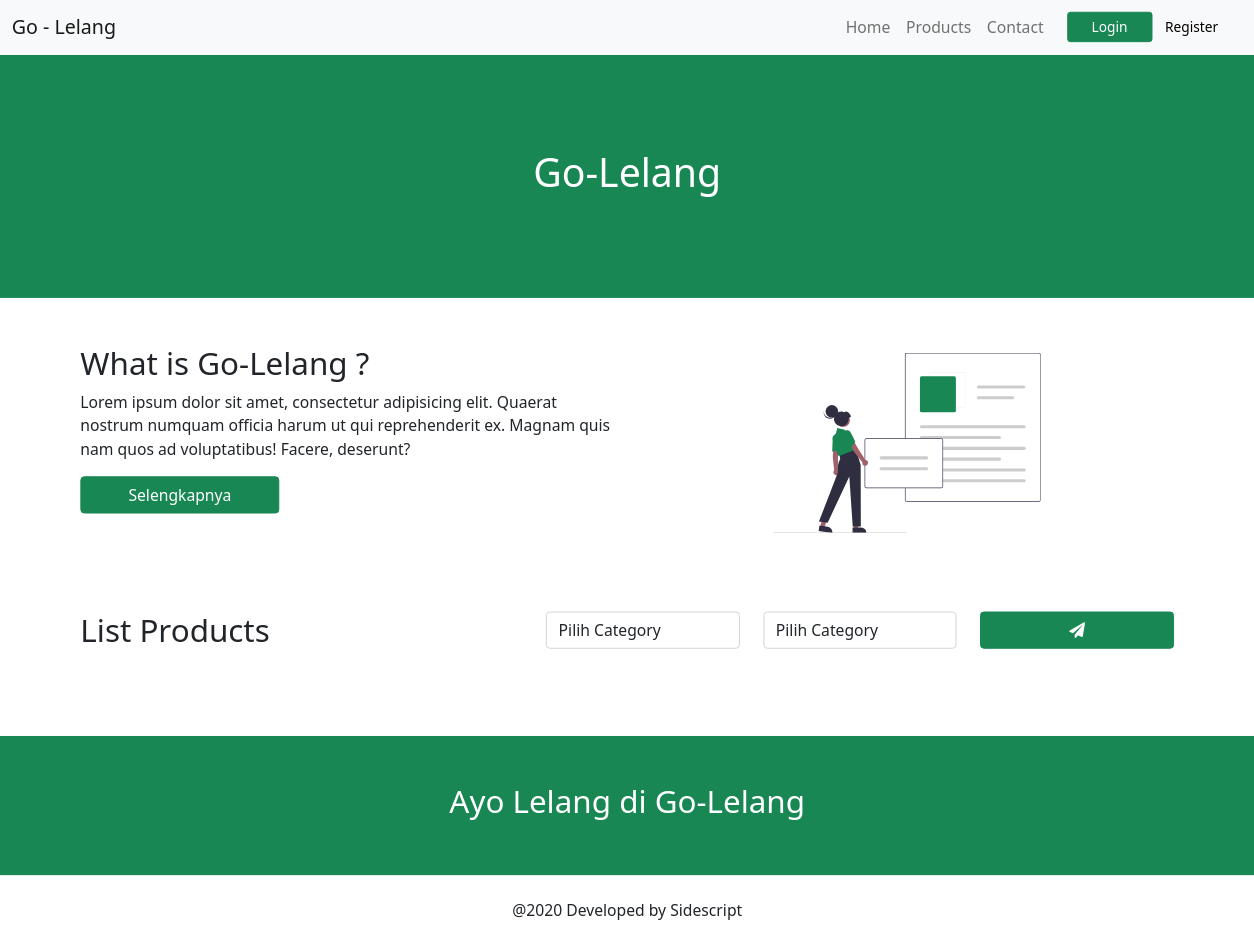
Repository: khulqu15/Go---Lelalng
Page: http://localhost/
The author's editor kept a copy of each file at every save. The page is drawn from the files as they stood at one save, then again after the next save.
The browser window is 1280 px wide. The pictures show the whole page, at 98% of full size.
The page is served by the project's Laravel application, run on PHP 8.4 with Laravel 8. Other server files are loaded and not shown. Queries for data that is not in the repository find no rows.

Above is the page before, as saved 2021-02-22 11:00:57.

### routes/web.php
<?php

use App\Http\Controllers\DashboardController;
use App\Http\Controllers\PageController;
use Illuminate\Support\Facades\Route;

/*
|--------------------------------------------------------------------------
| Web Routes
|--------------------------------------------------------------------------
|
| Here is where you can register web routes for your application. These
| routes are loaded by the RouteServiceProvider within a group which
| contains the "web" middleware group. Now create something great!
|
*/

Route::get('/', [PageController::class, 'home'])->name('home');
Route::get('products', [PageController::class, 'products'])->name('products');
Route::get('product/{id}', [PageController::class, 'product'])->name('product');
Route::get('contact', [PageController::class, 'contact'])->name('contact');
Route::get('login', [PageController::class, 'login'])->name('login');
Route::get('register', [PageController::class, 'register'])->name('register');

Route::group(['middleware' => ['userDashboard']], function() {
    Route::get('dashboard', [DashboardController::class, 'index'])->name('dashboard');
    Route::get('dashboard/product', [DashboardController::class, 'product'])->name('dashboard.product');
    Route::get('dashboard/user', [DashboardController::class, 'user'])->name('dashboard.user');
    Route::get('dashboard/auction', [DashboardController::class, 'auction'])->name('dashboard.auction');
});

### app/Http/Controllers/PageController.php
<?php

namespace App\Http\Controllers;

use App\Models\Category;
use App\Models\Product;
use Illuminate\Http\Request;

class PageController extends Controller
{
    public function home(Request $request)
    {
        $categories = Category::orderBy('id', 'DESC')->paginate(4);
        $query = Product::query();
        if($request->get('name')) {
            $products = $query->where('name', 'LIKE', '%'.$request->get('name').'%');
        }
        if($request->get('category')) {
            $products = $query->where('category_id', $request->get('category'));
        }
        $products = $query->with('Category')->orderBy('id', 'DESC')->paginate(3);
        return view('welcome', compact('products', 'categories'));
    }

    public function products(Request $request)
    {
        $query = Product::query();
        if($request->get('name')) {
            $products = $query->where('name', 'LIKE', '%'.$request->get('name').'%');
        }
        if($request->get('category')) {
            $products = $query->where('category_id', $request->get('category'));
        }
        $products = $query->paginate(3);
        return view('page.products', compact('products'));
    }

    public function product($id)
    {
        $product = Product::find($id);
        return view('page.product', compact('product'));
    }

    public function contact()
    {
        return view('page.contact');
    }

    public function login()
    {
        return view('auth.login');
    }

    public function register()
    {
        return view('auth.register');
    }
}

### app/Models/Category.php
<?php

namespace App\Models;

use Illuminate\Database\Eloquent\Factories\HasFactory;
use Illuminate\Database\Eloquent\Model;

class Category extends Model
{
    use HasFactory;

    protected $table = 'categories';

    protected $fillable = ['name'];

    public function Product()
    {
        return $this->hasMany(Product::class, 'category_id');
    }
}

### app/Models/Product.php
<?php

namespace App\Models;

use Illuminate\Database\Eloquent\Factories\HasFactory;
use Illuminate\Database\Eloquent\Model;

class Product extends Model
{
    use HasFactory;

    protected $table = 'products';

    protected $fillable = ['name', 'category_id', 'price', 'close', 'picture', 'description'];

    public function Category()
    {
        return $this->belongsTo(Category::class, 'category_id');
    }
}

### resources/views/welcome.blade.php
@extends('layout.app')

@section('title', 'Home')

@section('content')
<div class="container-fluid bg-success">
    <div class="row py-5">
        <div class="col-md-12 px-0 py-5 text-center">
            <h1 class="text-white font-weight-bold">Go-Lelang</h1>
        </div>
    </div>
</div>
<div class="container py-5">
    <div class="row">
        <div class="col-md-6">
            <h2 class="font-weight-bold">What is Go-Lelang ?</h2>
            <p>Lorem ipsum dolor sit amet, consectetur adipisicing elit. Quaerat nostrum numquam officia harum ut qui reprehenderit ex. Magnam quis nam quos ad voluptatibus! Facere, deserunt?</p>
            <button class="btn btn-success rounded px-5">Selengkapnya</button>
        </div>
        <div class="col-md-6 text-center py-2">
            <img src="{{ asset('img/illust/what.svg') }}" alt="Introduction" class="w-50">
        </div>
    </div>
</div>
<div class="container">
    <div class="row">
        <div class="col-md-5 py-4">
            <h2 class="font-weight-bold">List Products</h2>
        </div>
        <div class="col-md-7 py-4">
            <div class="row">
                <form action="{{ route('home') }}" method="GET">
                    <div class="row">
                        <div class="col-md-4">
                            <div class="form-group">
                                <input type="text" value="{{ request()->get('name') == null ? 'Pilih Category' : request()->get('name') }}" class="form-control" name="name" placeholder="Cari berdasarkan nama">
                            </div>
                        </div>
                        <div class="col-md-4">
                            <div class="form-group">
                                <select type="text" class="form-control" name="category">
                                    <option value="">{{ request()->get('category') == null ? 'Pilih Category' : request()->get('category') }}</option>
                                    @foreach ($categories as $ctr)
                                        <option value="{{ $ctr->id }}">{{ $ctr->name }}</option>
                                    @endforeach
                                </select>
                            </div>
                        </div>
                        <div class="col-md-4">
                            <button class="btn btn-success w-100"><i class="fas fa-paper-plane"></i></button>
                        </div>
                    </div>
                </form>
            </div>
        </div>
        @foreach ($products as $product)
        <div class="col-lg-4 col-md-6">
            <div class="card w-100 position-relative">
                <div class="badge bg-success mb-2 position-absolute" style="right: 10px; top: 10px">{{ $product->category->name }}</div>
                <div class="image">
                    <img src="{{ asset('img/product/'.$product->picture) }}" class="image-fit-card" alt="{{ $product->name }}">
                </div>
                <div class="card-body">
                    <h5 class="card-title mb-0">{{ $product->name }}</h5>
                    <p class="text-sm textm-gray mb-2">Tutup pada : {{ \Carbon\Carbon::create($product->close)->isoFormat('dddd, D MMM Y') }}</p>
                    <div class="row">
                        <div class="col-md-6">
                            <h5 class="text-success mt-1">Rp. {{ number_format($product->price) }},-</h5>
                        </div>
                        <div class="col-md-6">
                            <div class="text-right">
                                <button href="#" class="btn btn-success d-inline-block px-3">More detail</button>
                            </div>
                        </div>
                    </div>
                </div>
            </div>
        </div>
        @endforeach
        <div class="mt-4 mb-2 text-right">
            <div class="d-inline-block">
                {{ $products->links() }}
            </div>
        </div>
    </div>
</div>
<div class="container-fluid bg-success py-5">
    <div class="row">
        <div class="col-md-12 text-white text-center">
            <h2 class="font-weight-bold">Ayo Lelang di Go-Lelang</h2>
        </div>
    </div>
</div>
@endsection

### resources/views/layout/app.blade.php
<!DOCTYPE html>
<html lang="en">
<head>
    <meta charset="UTF-8">
    <meta name="viewport" content="width=device-width, initial-scale=1.0">
    <meta http-equiv="X-UA-Compatible" content="ie=edge">
    <title>GO - Lelang | @yield('title')</title>

    <script src="{{ mix('css/app.css') }}"></script>
    <link rel="stylesheet" href="{{ asset('css/bootstrap.min.css') }}">
    <link rel="stylesheet" href="{{ asset('css/all.min.css') }}">
    <link rel="stylesheet" href="{{ asset('css/fontawesome.min.css') }}">
    <link rel="stylesheet" href="{{ asset('css/style.css') }}">

    <script src="{{ mix('js/app.js') }}"></script>
    <script src="{{ asset('js/jquery-3.5.1.min.js') }}"></script>
    <script src="{{ asset('js/bootstrap.min.js') }}"></script>
    <script src="{{ asset('js/all.min.js') }}"></script>
    <script src="{{ asset('js/fontawesome.min.js') }}"></script>

</head>
<body>

    <nav class="navbar navbar-expand-lg navbar-light bg-light">
        <div class="container-fluid">
            <a class="navbar-brand" href="{{ route('home') }}">Go - Lelang</a>
            <button class="navbar-toggler" type="button" data-bs-toggle="collapse" data-bs-target="#navbarSupportedContent" aria-controls="navbarSupportedContent" aria-expanded="false" aria-label="Toggle navigation">
                <span class="navbar-toggler-icon"></span>
            </button>
            <div class="collapse navbar-collapse" id="navbarSupportedContent">
                <ul class="navbar-nav ms-auto mb-2 mb-lg-0">
                    <li class="nav-item">
                        <a class="nav-link {{ Request::is('home') ? 'active' : '' }}" aria-current="page" href="{{ route('home') }}">Home</a>
                    </li>
                    <li class="nav-item">
                        <a class="nav-link {{ Request::is('products') ? 'active' : '' }}"" href="{{ route('products') }}">Products</a>
                    </li>
                    <li class="nav-item">
                        <a class="nav-link {{ Request::is('contact') ? 'active' : '' }}"" href="{{ route('contact') }}">Contact</a>
                    </li>
                    <li class="nav-item pt-1 px-3">
                        <button class="btn btn-success btn-sm px-4" onclick="window.location = '{{ route('login') }}'">Login</button>
                        <button class="btn btn-light btn-sm px-2" onclick="window.location = '{{ route('register') }}'">Register</button>
                    </li>
                </ul>
            </div>
        </div>
    </nav>

    @yield('content')

    <footer class="container-fluid py-4">
        <div class="row">
            <div class="col-md-12 text-center">
                <p class="mb-0">@2020 Developed by Sidescript</p>
            </div>
        </div>
    </footer>
</body>
</html>

### public/css/style.css
body {
    overflow-x: hidden !important;
}
.viga {
    font-family: 'Viga', sans-serif;
}
.bgm-primary {
    background-color: #E62A2A !important;
}
.bgm-primary-light {
    background-color: #FFCECE !important;
}
.btnm-primary {
    border: none;
    border-radius: 0px !important;
    transition: all .3s ease-in-out;
    background-color: #E62A2A !important;
    padding: 1rem 2rem;
    color: white;
}
.shadow-smooth {
    box-shadow: 10px 20px 49px -8px rgba(0, 0, 0, 0.08) !important;
}
.page-item.active .page-link {
    background-color: #198754 !important;
    border-color: #198754 !important;
    color: white !important;
}
.page-link {
    color: #198754 !important;
}
.text-right {
    text-align: right !important;
}
.text-left {
    text-align: left !important;
}
.text-sm {
    font-size: .8rem;
}
.text-center {
    text-align: center !important;
}
.cursor-point {
    cursor: pointer;
}
.btnm-primary:hover {
    color: white !important;
    background-color: #c01c1c !important;
}
.btnm-light {
    border: none;
    border-radius: 0px !important;
    transition: all .3s ease-in-out;
    background-color: #f2f2f2 !important;
    padding: 1rem 2rem;
    color: #292929;
}
.btnm-light:hover {
    color: #292929 !important;
    background-color: #c2c2c2 !important;
}
.textm-primary {
    color: #E62A2A !important;
}
.textm-gray {
    color: gray !important;
}

.input-search-home {
    width: 80%;
    position: absolute;
    left: 10%;
    height: 60px;
    box-shadow: 0px 20px 40px -6px rgba(0, 0, 0, 0.12);
    top: -50px;
    background-color: white;
}
.input-search-home input {
    height: 60px;
}
.input-search-home button,
.input-search-home a {
    position: relative;
    top: -10px;
}
.maxm-height {
    min-height: 70vh;
    max-height: 70vh !important;
    overflow-y: auto !important;
    overflow-x: hidden !important;
}


.card-product {
    width: 100%;
    transition: all .3s ease-in-out;
    height: 370px;
    background-color: white;
}
.card-product:hover {
    box-shadow: 12px 24px 48px rgba(0, 0, 0, 0.09);
}
.card-product .image {
    width: 100%;
    height: 170px;
    background-color: #f36c6c;
    overflow: hidden;
}
.card-product .image img {
    transition: all .3s ease-in-out;
}
.card-product .image:hover img {
    transform: scale(1.1);
    opacity: .6;
}
.card-product .like {
    width: 50px;
    height: 50px;
    border-radius: 50px;
    background-color: #fccece;
    color: #E62A2A;
    position: absolute;
    line-height: 53px;
    text-align: center;
    z-index: 10;
    top: 140px;
    right: 20px;
    transition: all .3s ease-in-out;
}
.card-product .like:hover {
    cursor: pointer;
    background-color: #c01c1c;
    color: #FFCECE;
}
.card-product .liked {
    width: 50px;
    height: 50px;
    border-radius: 50px;
    background-color: #E62A2A;
    color: #fccece;
    position: absolute;
    line-height: 53px;
    text-align: center;
    z-index: 10;
    top: 140px;
    right: 20px;
    transition: all .3s ease-in-out;
}
.card-product .like:hover {
    cursor: pointer;
    color: #c01c1c;
    background-color: #FFCECE;
}
.image-fit-card {
    width: 100%;
    height: 100%;
    object-fit: cover !important;
}
.card-product .line-category {
    display: inline-block;
    width: 20px;
    height: 3px;
    background-color: gray;
}

.bg-hammer-bottom {
    background: url('../img/wallpaper/hammer.png');
    background-attachment: fixed;
    background-position: center;
    background-size: cover;
}

.input-email-footer {
    position: relative;
    width: 100%;
    height: 70px;
    box-shadow: 0px 19px 38px rgba(0, 0, 0, 0.12);
    background-color: white;
}
.input-email-footer input {
    height: 70px;
    width: 100%;
}
.input-email-footer button {
    position: relative;
    top: -8px
}

.menu-footer {
    color: rgba(255, 255, 255, .5);
}
.menu-footer.active,
.menu-footer:hover {
    color: rgba(255, 255, 255, 1);
    cursor: pointer;
    transition: all .4s ease-in-out;
}
.menu-footer .icon {
    position: absolute;
    right: -50px;
    opacity: 0;
    transition: all .2s ease-in-out;
    visibility: hidden;
}
.menu-footer.active .icon,
.menu-footer:hover .icon {
    position: relative;
    opacity: 1;
    right: 0;
    visibility: visible;
}
.menu-footer .menu-title {
    transition: all .2s ease-in-out;
    position: relative;
    font-size: 3rem;
    right: -10px;
}
.menu-footer.active .menu-title,
.menu-footer:hover .menu-title {
    position: relative;
    right: 0px;
}

.icons-footer svg {
    transition: all .2s ease-in-out;
    color: #c2c2c2;
    margin: 0px .8rem;
    font-size: 1.4rem;
}

.icons-footer svg:hover {
    cursor: pointer;
    color: #767676;
}

.navbar {
    transition: all .3s ease-in-out;
    z-index: 100;
}
.burger {
    position: relative;
    top: -5px;
    margin: 10px 0px 0px 0px;
}
.burger div {
    width: 30px;
    height: 2px;
    margin: 7px 0px;
    position: relative;
    background-color: #767676;
    transition: all .3s ease-in-out;
}
.burger.times div:nth-child(1) {
    transform: rotate(45deg);
    top: 5px;
}
.burger.times div:nth-child(2) {
    transform: rotate(-45deg);
    top: -5px;
}

.navbar-fixed {
    position: fixed;
    width: 100%;
    z-index: 50;
    overflow-x: hidden !important;
    overflow-y: auto !important;
    height: 100%;
    top: 0;
    opacity: 1;
    transform: skew(0deg);
    background-color: white;
    visibility: visible;
    right: 0;
    transition: all .5s ease-in;
}
.avatar-sm {
    width: 40px;
    height: 40px;
    border-radius: 40px;
    overflow: hidden;
    display: inline-block;
}
.avatar-md {
    width: 50px;
    height: 50px;
    border-radius: 50px;
    overflow: hidden;
    display: inline-block;
}
.avatar-sm-navbar {
    width: 40px;
    height: 40px;
    border-radius: 40px;
    display: inline-block;
    right: 120px;
    position: absolute;
    z-index: 10;
    overflow: hidden;
    transition: all .3s ease-in-out;
    top: 24px;
    box-sizing: content-box;
}
.avatar-sm-navbar:hover {
    cursor: pointer;
    border: 4px solid gainsboro;
    top: 20px;
    right: 112px;
}
.navbar-fixed.hide {
    transform: skew(10deg) !important;
    opacity: 0 !important;
    right: -100% !important;
    visibility: hidden !important;
}
.menu-navbar {
    color: rgba(44, 44, 44, 0.5);
}
.menu-navbar.active,
.menu-navbar:hover {
    color: rgba(44, 44, 44, 1) !important;
    cursor: pointer;
    transition: all .4s ease-in-out;
}
.menu-navbar .icon {
    position: absolute;
    right: -50px;
    opacity: 0;
    transition: all .2s ease-in-out;
    visibility: hidden;
}
.menu-navbar.active .icon,
.menu-navbar:hover .icon {
    position: relative;
    opacity: 1;
    right: 0;
    visibility: visible;
}
.menu-navbar .menu-title {
    transition: all .2s ease-in-out;
    position: relative;
    font-size: 3rem;
    right: -10px;
}
.menu-navbar.active .menu-title,
.menu-navbar:hover .menu-title {
    position: relative !important;
    right: 0px !important;
}
a {
    text-decoration: none !important;
}
.full-page,
.bg-product {
    width: 100%;
    min-height: 100vh;
    overflow: hidden;
    position: relative;
    background-color: #292929;
}
.full-page {
    background-color: #f36c6c !important;
}
.bg-product img {
    opacity: .8;
}

.avatar-profile {
    width: 80px;
    margin: 0px auto;
    height: 80px;
    display: inline-block;
    border-radius: 80px;
    overflow: hidden !important;
    background-color: #E62A2A;
}
.ellipsis-menu-right {
    top: 0;
    right: 0;
    margin: .7rem;
    font-size: 1.2rem;
}

.card-profile-navbar {
    background-color: white;
    width: 300px;
    position: relative;
    z-index: 100;
}
.card-auction {
    box-shadow: 0px 5px 15px rgba(0, 0, 0, 0.12);
    transition: all .3s ease-in-out;
}
.card-auction:hover {
    box-shadow: 0px 10px 30px rgba(0, 0, 0, 0.1);
}
.alert-respond {
    width: 50%;
    top: 20%;
    z-index: 100;
    left: 25%;
}
@media only screen and (max-width: 760px) {
    .alert-respond {
        z-index: 100;
        top: 20%;
        width: 80%;
        left: 10%;
    }
}

.btn-fab {
    position: fixed;
    right: 25px;
    bottom: 25px;
    z-index: 100;
}

.menu-ellipsis {
    width: 260px;
    overflow: hidden;
    right: 0;
    background-color: white;
    transition: all .3s ease-in-out;
    box-shadow: 0px 10px 20px rgba(0, 0, 0, 0.08);
}
.menu-ellipsis.hide {
    opacity: 0 !important;
    visibility: hidden !important;
    right: -20px !important;
}
.menu-ellipsis .item {
    padding: .7rem 1.4rem;
    transition: all .3s ease-in-out;
    text-align: right !important;
    cursor: pointer;
}
.menu-ellipsis .item:hover {
    background-color: gainsboro;
}

Loaded but not shown: app/Providers/AppServiceProvider.php (common file); app/Http/Controllers/Controller.php (common file); public/mix-manifest.json (common file); public/css/bootstrap.min.css (library); public/css/all.min.css (library); public/css/fontawesome.min.css (library); public/js/app.js (library); public/js/jquery-3.5.1.min.js (library); public/js/bootstrap.min.js (library); public/js/fontawesome.min.js (library); public/img/illust/what.svg (1 lines, source omitted); public/css/app.css (empty)

After the next save:
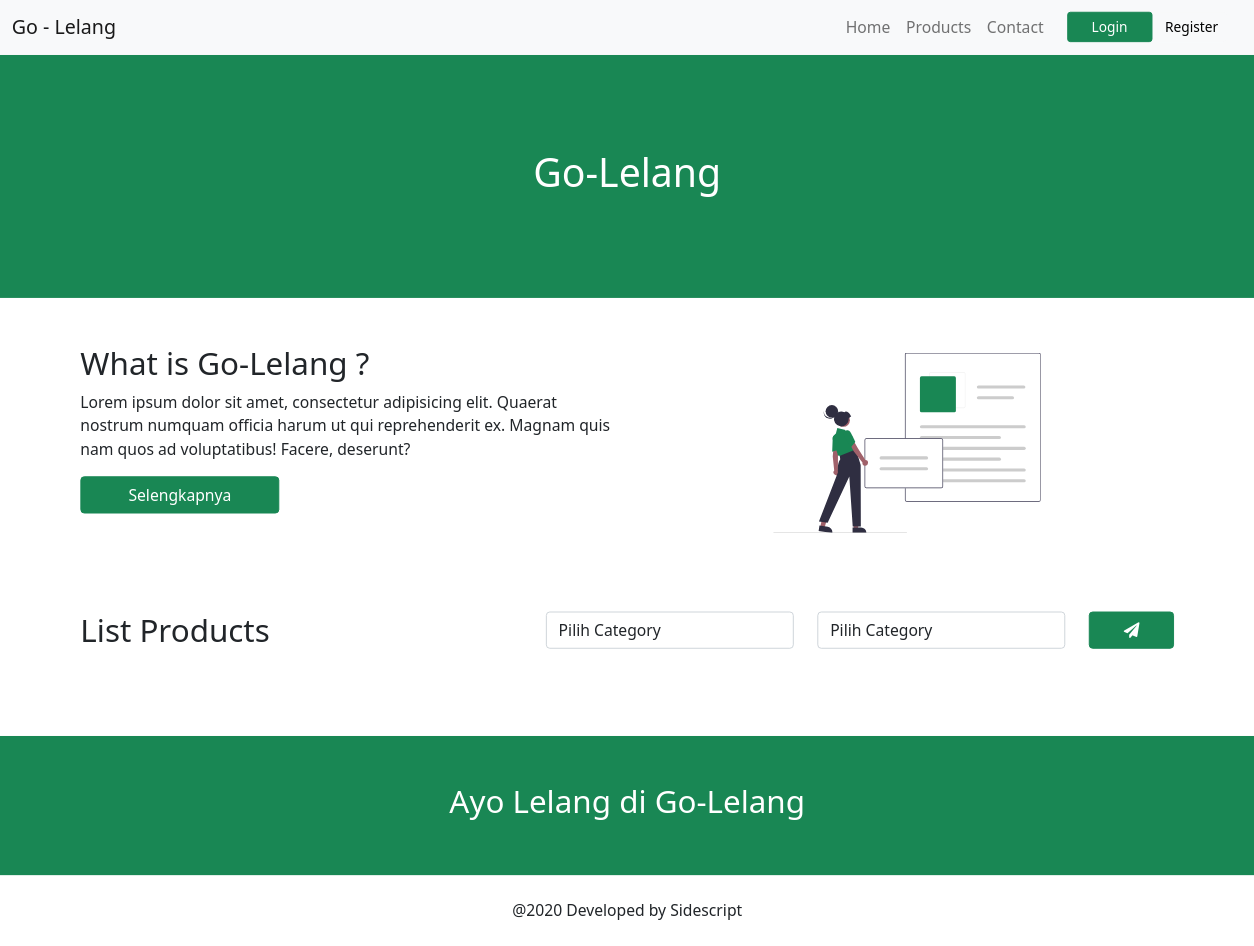
Saved 13 s later.
--- a/resources/views/welcome.blade.php
+++ b/resources/views/welcome.blade.php
@@ -31,12 +31,12 @@
             <div class="row">
                 <form action="{{ route('home') }}" method="GET">
                     <div class="row">
-                        <div class="col-md-4">
+                        <div class="col-md-5">
                             <div class="form-group">
                                 <input type="text" value="{{ request()->get('name') == null ? 'Pilih Category' : request()->get('name') }}" class="form-control" name="name" placeholder="Cari berdasarkan nama">
                             </div>
                         </div>
-                        <div class="col-md-4">
+                        <div class="col-md-5">
                             <div class="form-group">
                                 <select type="text" class="form-control" name="category">
                                     <option value="">{{ request()->get('category') == null ? 'Pilih Category' : request()->get('category') }}</option>
@@ -46,7 +46,7 @@
                                 </select>
                             </div>
                         </div>
-                        <div class="col-md-4">
+                        <div class="col-md-2">
                             <button class="btn btn-success w-100"><i class="fas fa-paper-plane"></i></button>
                         </div>
                     </div>
